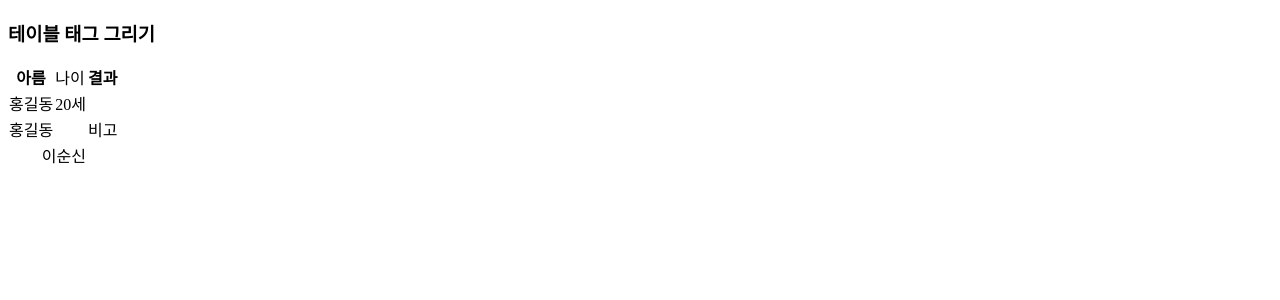
Repository: YeonHaw/jsp
Page: JSPBasic/src/main/webapp/HTML/Index03.html
An editor plug-in stored every save of this project. The page is shown before and after the next save, followed by the edit.
The browser window is 1280 px wide. The pictures show the whole page.

Above is the page before, as saved 2023-12-27 05:44:05.

### JSPBasic/src/main/webapp/HTML/Index03.html
<!DOCTYPE html>
<html>
<head>
<meta charset="UTF-8">
<title>Insert title here</title>
</head>
<body>

	<h3>테이블 태그 그리기</h3>

	<table style="border-collapse: collapse" style="text-align: center;">
		<tr>
			<th>아름</th>
			<td>나이</td>
			<th>결과</th>
		</tr>
		<tr>
			<td>홍길동</td>
			<td >20세</td>
			<td rowspan="3">비고</td>
		</tr>
		<tr>
			<td>홍길동</td>
		</tr>
		<tr>
			<td colspan="2"style="text-align: right;">이순신</td>
		</tr>
	</table>
</body>
</html>

After the next save:
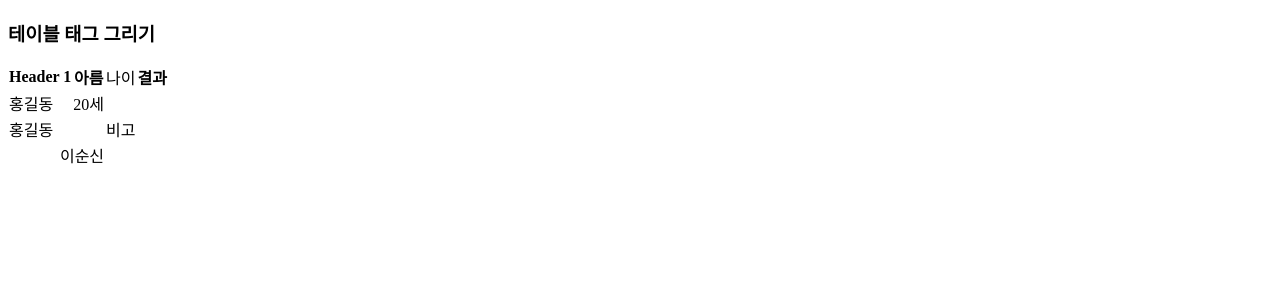
Saved 107 s later.
--- a/JSPBasic/src/main/webapp/HTML/Index03.html
+++ b/JSPBasic/src/main/webapp/HTML/Index03.html
@@ -10,6 +10,7 @@
 
 	<table style="border-collapse: collapse" style="text-align: center;">
 		<tr>
+			<th style="border: none;">Header 1</th>
 			<th>아름</th>
 			<td>나이</td>
 			<th>결과</th>
